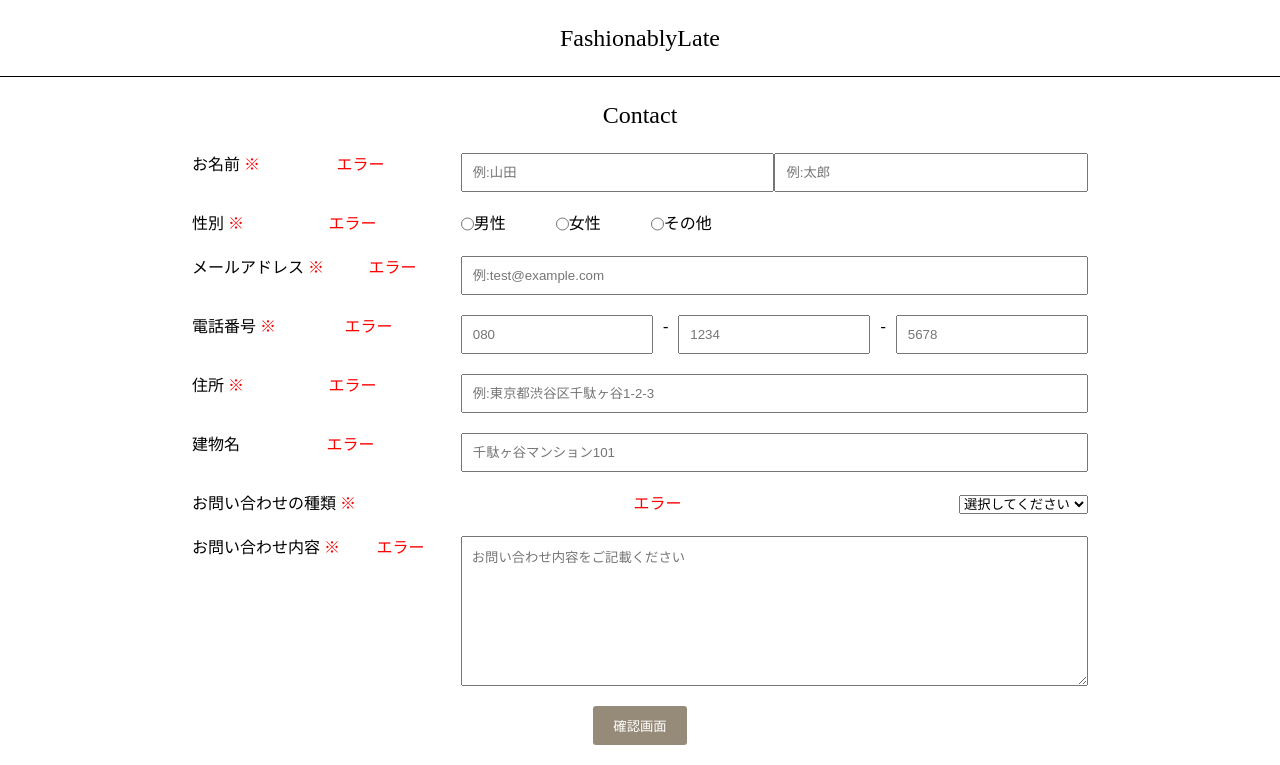
Repository: mayu-ya/test_form
Page: http://localhost/
An editor plug-in stored every save of this project. The page is shown before and after the next save, followed by the edit.
The browser window is 1280 px wide. The pictures show the whole page.
The page is served by the project's Laravel application, run on PHP 8.4 with Laravel 8. Other server files are loaded and not shown.

Above is the page before, as saved 2026-01-19 14:03:43.

### src/routes/web.php
<?php

use Illuminate\Support\Facades\Route;
use App\Http\Controllers\ContactController;

/*
|--------------------------------------------------------------------------
| Web Routes
|--------------------------------------------------------------------------
|
| Here is where you can register web routes for your application. These
| routes are loaded by the RouteServiceProvider within a group which
| contains the "web" middleware group. Now create something great!
|
*/

Route::get('/', [ContactController::class, 'index']);
Route::post('/confirm', [ContactController::class, 'confirm']);

### src/app/Http/Controllers/ContactController.php
<?php

namespace App\Http\Controllers;

use Illuminate\Http\Request;

class ContactController extends Controller
{
    public function index()
    {
        return view('index');
    }

    public function confirm(Request $request)
    {
        $contact = $request->only(['last_name', 'first_name', 'gender[0]', 'gender[1]', 'gender[2]', 'email', 'tel[0]', 'tel[1]', 'tel[2]','address', 'building', 'content', 'detail']);
        // dd($request->all());

        return view('confirm', compact('contact'));
    }
}

### src/resources/views/index.blade.php
@extends('layouts.app')

@section('css')
<link rel="stylesheet" href="{{ asset('css/index.css') }}">
@endsection

@section('content')
<div class="content">
    <div class="title">
        <h2 class="title-h">Contact</h2>
    </div>

    <form class="form" action="/confirm" method="post">
        @csrf
        <div class="form__group">
            <div class="form__group-item">
                <span class="form__item">お名前</span>
                <span class="form__required">※</span>
            </div>
            <div class="form__error">
                エラー
            </div>
            <div class="form__input">
                <input type="text" class="form__input-text" name="last_name" placeholder="例:山田">
                <input type="text" class="form__input-text" name="first_name" placeholder="例:太郎">
            </div>
        </div>

        <div class="form__group">
            <div class="form__group-item">
                <span class="form__item">性別</span>
                <span class="form__required">※</span>
            </div>
            <div class="form__error">
                エラー
            </div>
            <div class="form__input">
                <input type="radio" class="form__input-radio" name="gender[0]" value="1">男性
                <input type="radio" class="form__input-radio" name="gender[1]" vlaue="2">女性
                <input type="radio" class="form__input-radio" name="gender[2]" Value="3">その他
            </div>
        </div>

        <div class="form__group">
            <div class="form__group-item">
                <span class="form__item">メールアドレス</span>
                <span class="form__required">※</span>
            </div>
            <div class="form__error">
                エラー
            </div>
            <div class="form__input">
                <input type="emai" class="form__input-text" name="emai" placeholder="例:test@example.com">
            </div>
        </div>

        <div class="form__group">
            <div class="form__group-item">
                <span class="form__item">電話番号</span>
                <span class="form__required">※</span>
            </div>
            <div class="form__error">
                エラー
            </div>
            <div class="form__input">
                <input type="tel" class="form__input-text" name="tel[0]" placeholder="080">
                <div class="form__input-tel">-</div>
                <input type="tel" class="form__input-text" name="tel[1]" placeholder="1234">
                <div class="form__input-tel">-</div>
                <input type="tel" class="form__input-text" name="tel[2]" placeholder="5678">
            </div>
        </div>

        <div class="form__group">
            <div class="form__group-ite">
                <span class="form__item">住所</span>
                <span class="form__required">※</span>
            </div>
            <div class="form__error">
                エラー
            </div>
            <div class="form__input">
                <input type="text" class="form__input-text" name="address" placeholder="例:東京都渋谷区千駄ヶ谷1-2-3">
            </div>
        </div>

        <div class="form__group">
            <div class="form__group-item">
                <span class="form__item">建物名</span>
            </div>
            <div class="form__error">
                エラー
            </div>
            <div class="form__input">
                <input type="text" class="form__input-text" name="building" placeholder="千駄ヶ谷マンション101">
            </div>
        </div>

        <div class="form__group">
            <div class="form__group-item">
                <span class="form__item">お問い合わせの種類</span>
                <span class="form__required">※</span>
            </div>
            <div class="form__error">
                エラー
            </div>
            <div class="form__select">
                <select name="content" class="form__select-item">
                    <option value="">選択してください</option>
                </select>
            </div>
        </div>

        <div class="form__group">
            <div class="form__group-item">
                <span class="form__item">お問い合わせ内容</span>
                <span class="form__required">※</span>
            </div>
            <div class="form__error">
                エラー
            </div>
            <div class="form__input">
                <textarea name="detail" class="form__input-textarea" placeholder="お問い合わせ内容をご記載ください"></textarea>
            </div>
        </div>

        <div class="form__group-button">
            <button class="form__group-button-submit" type="submit">確認画面</button>
        </div>
    </form>
</div>
@endsection

### src/resources/views/layouts/app.blade.php
<!DOCTYPE html>
<html lang="ja">
<head>
    <meta charset="UTF-8">
    <meta name="viewport" content="width=device-width, initial-scale=1.0">
    <title>FashionablyLate</title>
    <link rel="stylesheet" href="{{ asset('css/common.css') }}">
    <link rel="stylesheet" href="{{ asset('css/sanitize.css') }}">
    @yield('css')
</head>
<body>
    <header class="header">
        <div class="header-title">
            <div class="header-title__item">FashionablyLate</div>
        </div>
        @yield('header')
    </header>

    <main>
        @yield('content')
    </main>
</body>
</html>

### src/public/css/common.css
.header{
    border-bottom: 1px solid #000;
}

.header-title {
    margin: 0 auto;
    padding: 20px 15px;
    max-width: 1230px;
}

.header-title__item {
    font-size: 24px;
    text-align: center;
}

### src/public/css/sanitize.css
/* Document
* ========================================================================== */

/**
* Add border box sizing in all browsers (opinionated).
*/

*,
::before,
::after {
  box-sizing: border-box;
}

/**
* 1. Add text decoration inheritance in all browsers (opinionated).
* 2. Add vertical alignment inheritance in all browsers (opinionated).
*/

::before,
::after {
  vertical-align: inherit;
  /* 2 */
  text-decoration: inherit;
  /* 1 */
}

/**
* 1. Use the default cursor in all browsers (opinionated).
* 2. Change the line height in all browsers (opinionated).
* 3. Use a 4-space tab width in all browsers (opinionated).
* 4. Remove the grey highlight on links in iOS (opinionated).
* 5. Prevent adjustments of font size after orientation changes in
*    IE on Windows Phone and in iOS.
* 6. Breaks words to prevent overflow in all browsers (opinionated).
*/

html {
  word-break: break-word;
  /* 6 */
  -moz-tab-size: 4;
  /* 3 */
  tab-size: 4;
  /* 3 */
  line-height: 1.5;
  /* 2 */
  cursor: default;
  /* 1 */

  -webkit-tap-highlight-color: transparent
    /* 4 */
  ;
  -ms-text-size-adjust: 100%;
  /* 5 */
  -webkit-text-size-adjust: 100%;
  /* 5 */
}

/* Sections
* ========================================================================== */

/**
* Remove the margin in all browsers (opinionated).
*/

body {
  margin: 0;
}

/**
* Correct the font size and margin on `h1` elements within `section` and
* `article` contexts in Chrome, Edge, Firefox, and Safari.
*/

h1 {
  margin: 0.67em 0;
  font-size: 2em;
}

/* Grouping content
* ========================================================================== */

/**
* Remove the margin on nested lists in Chrome, Edge, IE, and Safari.
*/

dl dl,
dl ol,
dl ul,
ol dl,
ul dl {
  margin: 0;
}

/**
* Remove the margin on nested lists in Edge 18- and IE.
*/

ol ol,
ol ul,
ul ol,
ul ul {
  margin: 0;
}

/**
* 1. Add the correct sizing in Firefox.
* 2. Show the overflow in Edge 18- and IE.
*/

hr {
  overflow: visible;
  /* 2 */
  height: 0;
  /* 1 */
}

/**
* Add the correct display in IE.
*/

main {
  display: block;
}

/**
* Remove the list style on navigation lists in all browsers (opinionated).
*/

nav ol,
nav ul {
  padding: 0;
  list-style: none;
}

/**
* 1. Correct the inheritance and scaling of font size in all browsers.
* 2. Correct the odd `em` font sizing in all browsers.
*/

pre {
  font-size: 1em;
  /* 2 */
  font-family: monospace, monospace;
  /* 1 */
}

/* Text-level semantics
* ========================================================================== */

/**
* Remove the gray background on active links in IE 10.
*/

a {
  background-color: transparent;
}

/**
* Add the correct text decoration in Edge 18-, IE, and Safari.
*/

abbr[title] {
  text-decoration: underline;
  text-decoration: underline dotted;
}

/**
* Add the correct font weight in Chrome, Edge, and Safari.
*/

b,
strong {
  font-weight: bolder;
}

/**
* 1. Correct the inheritance and scaling of font size in all browsers.
* 2. Correct the odd `em` font sizing in all browsers.
*/

code,
kbd,
samp {
  font-size: 1em;
  /* 2 */
  font-family: monospace, monospace;
  /* 1 */
}

/**
* Add the correct font size in all browsers.
*/

small {
  font-size: 80%;
}

/* Embedded content
* ========================================================================== */

/*
* Change the alignment on media elements in all browsers (opinionated).
*/

audio,
canvas,
iframe,
img,
svg,
video {
  vertical-align: middle;
}

/**
* Add the correct display in IE 9-.
*/

audio,
video {
  display: inline-block;
}

/**
* Add the correct display in iOS 4-7.
*/

audio:not([controls]) {
  display: none;
  height: 0;
}

/**
* Remove the border on iframes in all browsers (opinionated).
*/

iframe {
  border-style: none;
}

/**
* Remove the border on images within links in IE 10-.
*/

img {
  border-style: none;
}

/**
* Change the fill color to match the text color in all browsers (opinionated).
*/

svg:not([fill]) {
  fill: currentColor;
}

/**
* Hide the overflow in IE.
*/

svg:not(:root) {
  overflow: hidden;
}

/* Tabular data
* ========================================================================== */

/**
* Collapse border spacing in all browsers (opinionated).
*/

table {
  border-collapse: collapse;
}

/* Forms
* ========================================================================== */

/**
* Remove the margin on controls in Safari.
*/

button,
input,
select {
  margin: 0;
}

/**
* 1. Show the overflow in IE.
* 2. Remove the inheritance of text transform in Edge 18-, Firefox, and IE.
*/

button {
  overflow: visible;
  /* 1 */
  text-transform: none;
  /* 2 */
}

/**
* Correct the inability to style buttons in iOS and Safari.
*/

button,
[type="button"],
[type="reset"],
[type="submit"] {
  -webkit-appearance: button;
}

/**
* 1. Change the inconsistent appearance in all browsers (opinionated).
* 2. Correct the padding in Firefox.
*/

fieldset {
  padding: 0.35em 0.75em 0.625em;
  /* 2 */
  border: 1px solid #a0a0a0;
  /* 1 */
}

/**
* Show the overflow in Edge 18- and IE.
*/

input {
  overflow: visible;
}

/**
* 1. Correct the text wrapping in Edge 18- and IE.
* 2. Correct the color inheritance from `fieldset` elements in IE.
*/

legend {
  display: table;
  /* 1 */
  max-width: 100%;
  /* 1 */
  color: inherit;
  /* 2 */
  white-space: normal;
  /* 1 */
}

/**
* 1. Add the correct display in Edge 18- and IE.
* 2. Add the correct vertical alignment in Chrome, Edge, and Firefox.
*/

progress {
  display: inline-block;
  /* 1 */
  vertical-align: baseline;
  /* 2 */
}

/**
* Remove the inheritance of text transform in Firefox.
*/

select {
  text-transform: none;
}

/**
* 1. Remove the margin in Firefox and Safari.
* 2. Remove the default vertical scrollbar in IE.
* 3. Change the resize direction in all browsers (opinionated).
*/

textarea {
  overflow: auto;
  /* 2 */
  margin: 0;
  /* 1 */
  resize: vertical;
  /* 3 */
}

/**
* Remove the padding in IE 10-.
*/

[type="checkbox"],
[type="radio"] {
  padding: 0;
}

/**
* 1. Correct the odd appearance in Chrome, Edge, and Safari.
* 2. Correct the outline style in Safari.
*/

[type="search"] {
  outline-offset: -2px;
  /* 2 */

  -webkit-appearance: textfield;
  /* 1 */
}

/**
* Correct the cursor style of increment and decrement buttons in Safari.
*/

::-webkit-inner-spin-button,
::-webkit-outer-spin-button {
  height: auto;
}

/**
* Correct the text style of placeholders in Chrome, Edge, and Safari.
*/

::-webkit-input-placeholder {
  color: inherit;
  opacity: 0.54;
}

/**
* Remove the inner padding in Chrome, Edge, and Safari on macOS.
*/

::-webkit-search-decoration {
  -webkit-appearance: none;
}

/**
* 1. Correct the inability to style upload buttons in iOS and Safari.
* 2. Change font properties to `inherit` in Safari.
*/

::-webkit-file-upload-button {
  font: inherit;
  /* 2 */

  -webkit-appearance: button;
  /* 1 */
}

/**
* Remove the inner border and padding of focus outlines in Firefox.
*/

::-moz-focus-inner {
  padding: 0;
  border-style: none;
}

/**
* Restore the focus outline styles unset by the previous rule in Firefox.
*/

:-moz-focusring {
  outline: 1px dotted ButtonText;
}

/**
* Remove the additional :invalid styles in Firefox.
*/

:-moz-ui-invalid {
  box-shadow: none;
}

/* Interactive
* ========================================================================== */

/*
* Add the correct display in Edge 18- and IE.
*/

details {
  display: block;
}

/*
* Add the correct styles in Edge 18-, IE, and Safari.
*/

dialog {
  position: absolute;
  right: 0;
  left: 0;
  display: block;
  margin: auto;
  padding: 1em;
  width: -moz-fit-content;
  width: -webkit-fit-content;
  width: fit-content;
  height: -moz-fit-content;
  height: -webkit-fit-content;
  height: fit-content;
  border: solid;
  background-color: white;
  color: black;
}

dialog:not([open]) {
  display: none;
}

/*
* Add the correct display in all browsers.
*/

summary {
  display: list-item;
}

/* Scripting
* ========================================================================== */

/**
* Add the correct display in IE 9-.
*/

canvas {
  display: inline-block;
}

/**
* Add the correct display in IE.
*/

template {
  display: none;
}

/* User interaction
* ========================================================================== */

/*
* 1. Remove the tapping delay in IE 10.
* 2. Remove the tapping delay on clickable elements
in all browsers (opinionated).
*/

a,
area,
button,
input,
label,
select,
summary,
textarea,
[tabindex] {
  -ms-touch-action: manipulation;
  /* 1 */
  touch-action: manipulation;
  /* 2 */
}

/**
* Add the correct display in IE 10-.
*/

[hidden] {
  display: none;
}

/* Accessibility
* ========================================================================== */

/**
* Change the cursor on busy elements in all browsers (opinionated).
*/

[aria-busy="true"] {
  cursor: progress;
}

/*
* Change the cursor on control elements in all browsers (opinionated).
*/

[aria-controls] {
  cursor: pointer;
}

/*
* Change the cursor on disabled, not-editable, or otherwise
* inoperable elements in all browsers (opinionated).
*/

[aria-disabled="true"],
[disabled] {
  cursor: not-allowed;
}

/*
* Change the display on visually hidden accessible elements
* in all browsers (opinionated).
*/

[aria-hidden="false"][hidden] {
  display: initial;
}

[aria-hidden="false"][hidden]:not(:focus) {
  position: absolute;
  clip: rect(0, 0, 0, 0);
}

### src/public/css/index.css
.content {
    max-width: 1536px;
}

.title {
    margin: 0 auto;
}

.title-h {
    text-align: center;
    font-weight: lighter;
}

.form {
    width: 70%;
    margin: 0 auto;
    text-align: center;
    margin-bottom: 20px;
}

.form__group {
    display: flex;
    width: 100%;
    justify-content: space-between;
    margin-bottom: 20px;
}

.form__required {
    color: red;
}

.form__input {
    display: flex;
    width: 70%;
}

.form__input-radio:nth-child(n+2) {
    margin-left: 50px;
}

.form__input-text,
.form__input-textarea {
    padding: 10px;
    width: 100%;
}

.form__input-textarea {
    height: 150px;
}

.form__input-tel {
    margin: 0 10px;
}

.form__error {
    color: red;
    text-align: left;
}

.form__group-button-submit {
    color: white;
    background: #968b79;
    padding: 10px 20px;
    border-radius: 3px;
    border: none;
    cursor: pointer;
}

Loaded but not shown: src/app/Http/Controllers/Controller.php (common file)

After the next save:
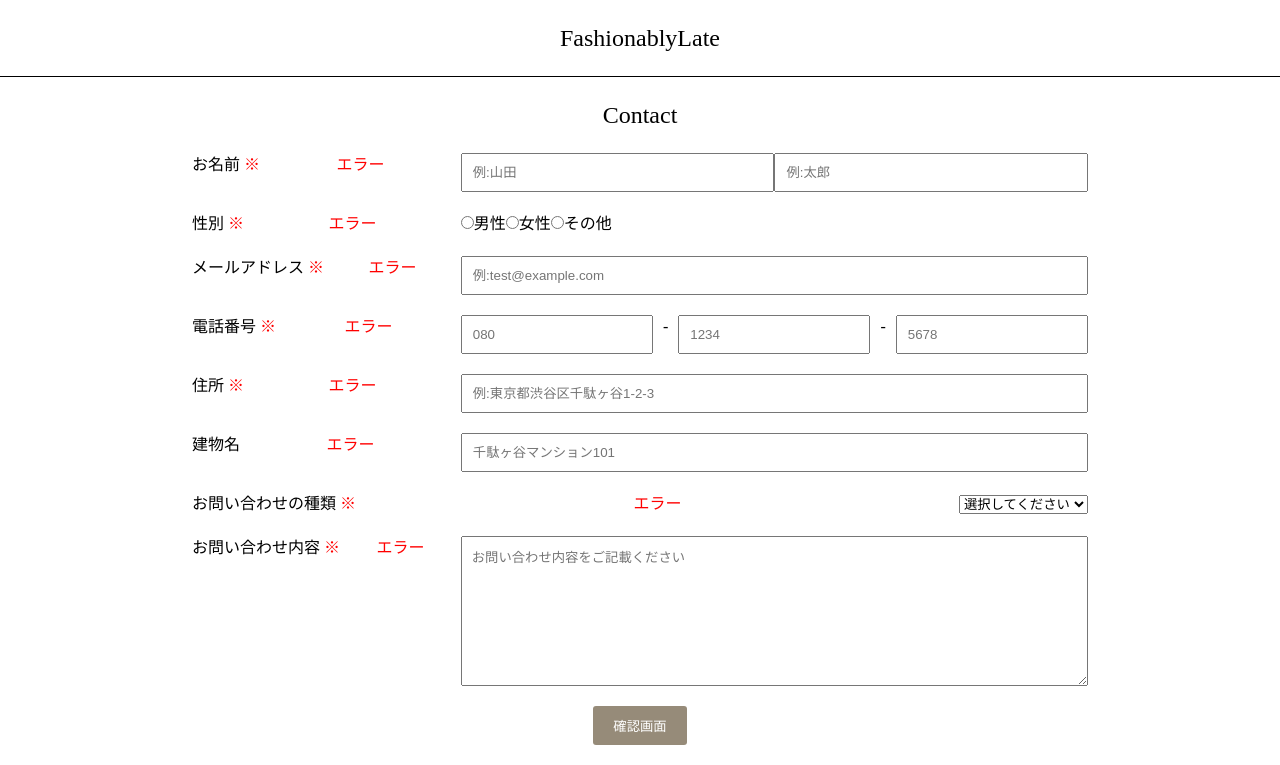
Saved 18 min 29 s later.
--- a/src/resources/views/index.blade.php
+++ b/src/resources/views/index.blade.php
@@ -35,9 +35,9 @@
                 エラー
             </div>
             <div class="form__input">
-                <input type="radio" class="form__input-radio" name="gender[0]" value="1">男性
-                <input type="radio" class="form__input-radio" name="gender[1]" vlaue="2">女性
-                <input type="radio" class="form__input-radio" name="gender[2]" Value="3">その他
+                <label for="man"><input type="radio" class="form__input-radio" name="gender" id="man" value="男性">男性</label>
+                <label for="woman"><input type="radio" class="form__input-radio" name="gender" id="women" vlaue="女性">女性</label>
+                <label for="other"><input type="radio" class="form__input-radio" name="gender" id="other" Value="その他">その他</label>
             </div>
         </div>
 
